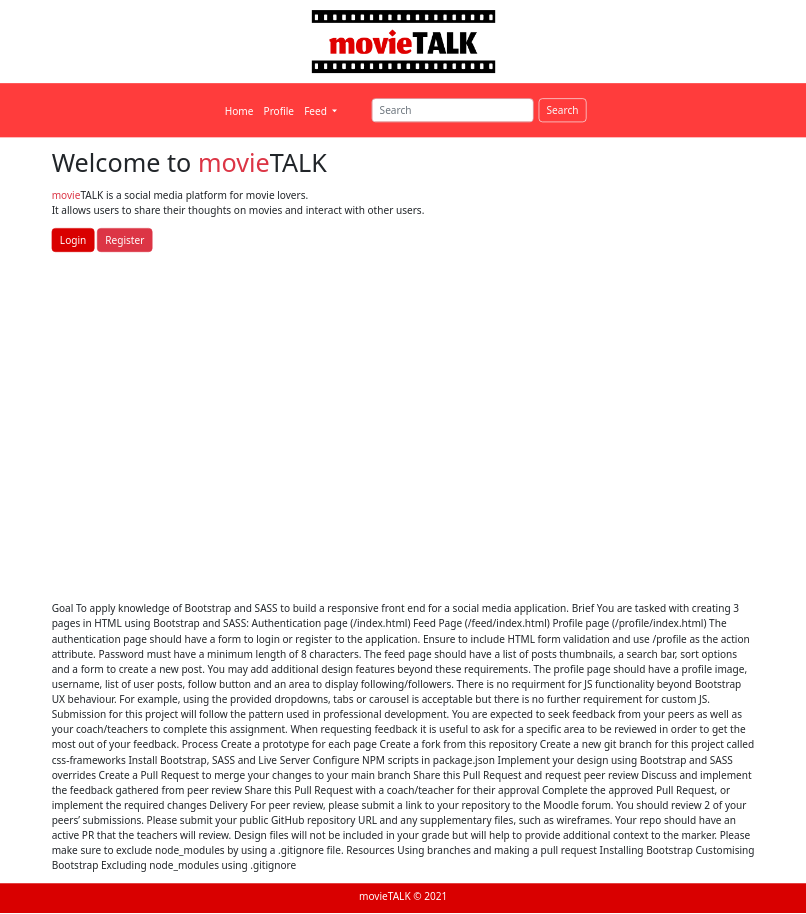
Repository: runeunhjem/css-frameworks-ca
Page: index.html
An editor plug-in stored every save of this project. The page is shown before and after the next save, followed by the edit.
The browser window is 1280 px wide. The pictures show the whole page, at 63% of full size.
The style sheet was rebuilt from its Sass, Less or Tailwind sources for each picture, by a compiler version that may differ from the author's.

Above is the page before, as saved 2023-08-25 08:58:20.

After the next save:
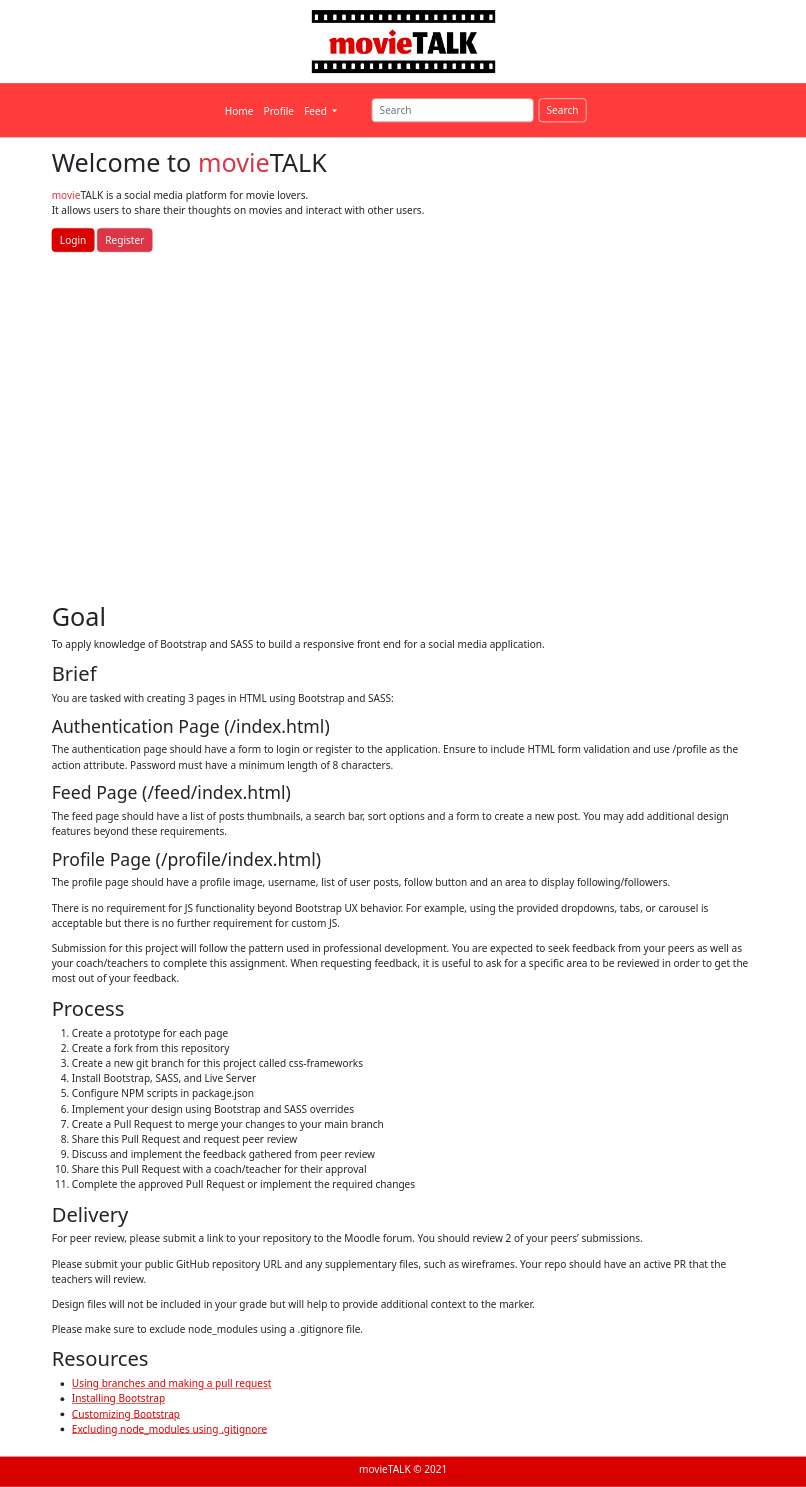
Saved 5 min 31 s later.
--- a/index.html
+++ b/index.html
@@ -76,51 +76,56 @@
   <div class="container">
     <div class="row">
       <div class="col">
-        Goal
-To apply knowledge of Bootstrap and SASS to build a responsive front end for a social media application.
+        <h1>Goal</h1>
+    <p>To apply knowledge of Bootstrap and SASS to build a responsive front end for a social media application.</p>
 
-Brief
-You are tasked with creating 3 pages in HTML using Bootstrap and SASS:
+    <h2>Brief</h2>
+    <p>You are tasked with creating 3 pages in HTML using Bootstrap and SASS:</p>
 
-Authentication page (/index.html)
-Feed Page (/feed/index.html)
-Profile page (/profile/index.html)
-The authentication page should have a form to login or register to the application. Ensure to include HTML form validation and use /profile as the action attribute. Password must have a minimum length of 8 characters.
+    <h3>Authentication Page (/index.html)</h3>
+    <p>The authentication page should have a form to login or register to the application. Ensure to include HTML form validation and use /profile as the action attribute. Password must have a minimum length of 8 characters.</p>
 
-The feed page should have a list of posts thumbnails, a search bar, sort options and a form to create a new post. You may add additional design features beyond these requirements.
+    <h3>Feed Page (/feed/index.html)</h3>
+    <p>The feed page should have a list of posts thumbnails, a search bar, sort options and a form to create a new post. You may add additional design features beyond these requirements.</p>
 
-The profile page should have a profile image, username, list of user posts, follow button and an area to display following/followers.
+    <h3>Profile Page (/profile/index.html)</h3>
+    <p>The profile page should have a profile image, username, list of user posts, follow button and an area to display following/followers.</p>
 
-There is no requirment for JS functionality beyond Bootstrap UX behaviour. For example, using the provided dropdowns, tabs or carousel is acceptable but there is no further requirement for custom JS.
+    <p>There is no requirement for JS functionality beyond Bootstrap UX behavior. For example, using the provided dropdowns, tabs, or carousel is acceptable but there is no further requirement for custom JS.</p>
 
-Submission for this project will follow the pattern used in professional development. You are expected to seek feedback from your peers as well as your coach/teachers to complete this assignment. When requesting feedback it is useful to ask for a specific area to be reviewed in order to get the most out of your feedback.
+    <p>Submission for this project will follow the pattern used in professional development. You are expected to seek feedback from your peers as well as your coach/teachers to complete this assignment. When requesting feedback, it is useful to ask for a specific area to be reviewed in order to get the most out of your feedback.</p>
 
-Process
-Create a prototype for each page
-Create a fork from this repository
-Create a new git branch for this project called css-frameworks
-Install Bootstrap, SASS and Live Server
-Configure NPM scripts in package.json
-Implement your design using Bootstrap and SASS overrides
-Create a Pull Request to merge your changes to your main branch
-Share this Pull Request and request peer review
-Discuss and implement the feedback gathered from peer review
-Share this Pull Request with a coach/teacher for their approval
-Complete the approved Pull Request, or implement the required changes
-Delivery
-For peer review, please submit a link to your repository to the Moodle forum. You should review 2 of your peers’ submissions.
+    <h2>Process</h2>
+    <ol>
+        <li>Create a prototype for each page</li>
+        <li>Create a fork from this repository</li>
+        <li>Create a new git branch for this project called css-frameworks</li>
+        <li>Install Bootstrap, SASS, and Live Server</li>
+        <li>Configure NPM scripts in package.json</li>
+        <li>Implement your design using Bootstrap and SASS overrides</li>
+        <li>Create a Pull Request to merge your changes to your main branch</li>
+        <li>Share this Pull Request and request peer review</li>
+        <li>Discuss and implement the feedback gathered from peer review</li>
+        <li>Share this Pull Request with a coach/teacher for their approval</li>
+        <li>Complete the approved Pull Request or implement the required changes</li>
+    </ol>
 
-Please submit your public GitHub repository URL and any supplementary files, such as wireframes. Your repo should have an active PR that the teachers will review.
+    <h2>Delivery</h2>
+    <p>For peer review, please submit a link to your repository to the Moodle forum. You should review 2 of your peers’ submissions.</p>
 
-Design files will not be included in your grade but will help to provide additional context to the marker.
+    <p>Please submit your public GitHub repository URL and any supplementary files, such as wireframes. Your repo should have an active PR that the teachers will review.</p>
 
-Please make sure to exclude node_modules by using a .gitignore file.
+    <p>Design files will not be included in your grade but will help to provide additional context to the marker.</p>
 
-Resources
-Using branches and making a pull request
-Installing Bootstrap
-Customising Bootstrap
-Excluding node_modules using .gitignore
+    <p>Please make sure to exclude node_modules using a .gitignore file.</p>
+
+    <h2>Resources</h2>
+    <ul>
+        <li><a href="#">Using branches and making a pull request</a></li>
+        <li><a href="#">Installing Bootstrap</a></li>
+        <li><a href="#">Customizing Bootstrap</a></li>
+        <li><a href="#">Excluding node_modules using .gitignore</a></li>
+    </ul>
       </div>
     </div>
   </div>
